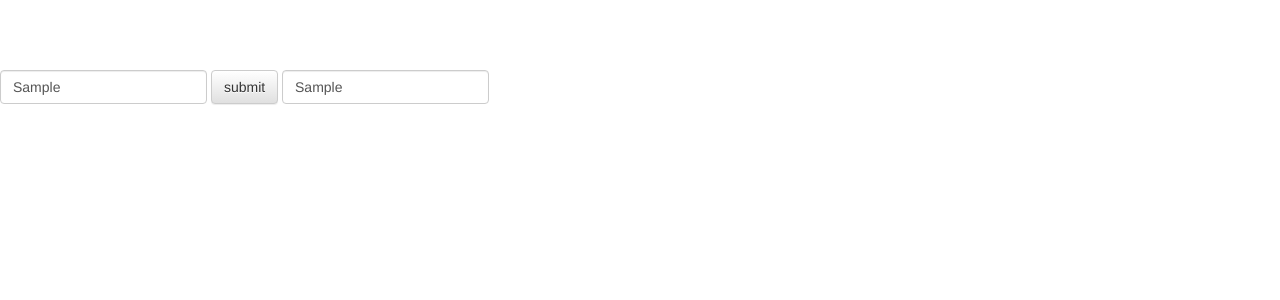
Repository: Echo-Jiang/Echo-Jiang.github.io
Page: test.7.html
The author's editor kept a record of every edit. The page is drawn from the files as they stood at one moment, then again after the next edit.
The browser window is 1280 px wide. The pictures show the whole page.
Empty fields were first filled with sample values (such as "Sample", 5 or name@example.com).
After loading, the first visible `button.btn` was clicked once.

Above is the page before.

### test.7.html
<!DOCTYPE html>
<html lang="zh-CN">
  <head>
    <meta charset="utf-8">
    <meta http-equiv="X-UA-Compatible" content="IE=edge">
    <meta name="viewport" content="width=device-width, initial-scale=1">
    <!-- 上述3个meta标签*必须*放在最前面，任何其他内容都*必须*跟随其后！ -->
    <meta name="description" content="">
    <meta name="author" content="">
    <link rel="icon" href="../../favicon.ico">

    <title>Theme Template for Bootstrap</title>

    <!-- Bootstrap core CSS -->
    <link href="css/bootstrap.min.css" rel="stylesheet">
    <!-- Bootstrap theme -->
    <link href="css/bootstrap-theme.min.css" rel="stylesheet">

    <!-- Custom styles for this template -->
    <link href="theme.css" rel="stylesheet">

    <!-- HTML5 shim and Respond.js for IE8 support of HTML5 elements and media queries -->
    <!--[if lt IE 9]>
      <script src="https://cdn.bootcss.com/html5shiv/3.7.3/html5shiv.min.js"></script>
      <script src="https://cdn.bootcss.com/respond.js/1.4.2/respond.min.js"></script>
    <![endif]-->
  </head>

  <body>
    <div class="alert alert-warning alert-dismissible" role="alert" id="warning-all">
      <button type="button" class="close" data-dismiss="alert" aria-label="Close"><span aria-hidden="true">&times;</span></button>
      <strong>Warning!</strong><p id="warning"></p>
    </div>
    <form class="form-inline">
      <div class="form-group">
        <label class="sr-only" for="exampleInputSearch1">Search1</label>
        <input type="search" class="form-control" id="search1" placeHolder="search">
      </div>
      <button type="button" class="btn btn-default">submit</button>
      <div class="form-group">
        <label class="sr-only" for="exampleInputSearch2">Search2</label>
        <input type="search" class="form-control" id="search2" placeHolder="search">
      </div>
      </form>

    <script src="js/jquery.min.js"></script>
    <script src="js/bootstrap.min.js"></script>
    <script src="js/docs.min.js"></script>

  </body>
  <script>
    $(document).ready(function(){
      $("#warning-all").hide();
      $("button").off().on("click", function(){
        var search=$("#search1").val();
        $("#search2").val(search);
        $("#warning").text(search);
      })
    })
  </script>
</html>

Loaded but not shown: css/bootstrap.min.css (library); css/bootstrap-theme.min.css (library); css/theme.css (common file); js/jquery.min.js (library); js/bootstrap.min.js (library); js/docs.min.js (library)

After the next edit:
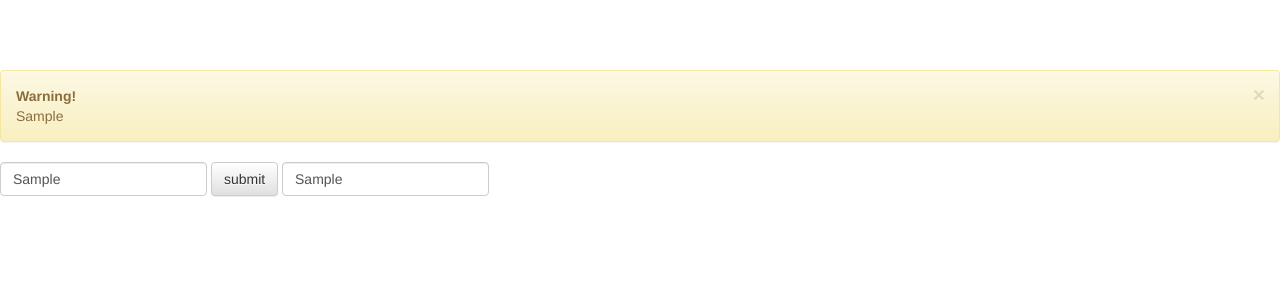
The edit:
--- a/test.7.html
+++ b/test.7.html
@@ -54,6 +54,7 @@
       $("button").off().on("click", function(){
         var search=$("#search1").val();
         $("#search2").val(search);
+        $("#warning-all").show();
         $("#warning").text(search);
       })
     })
